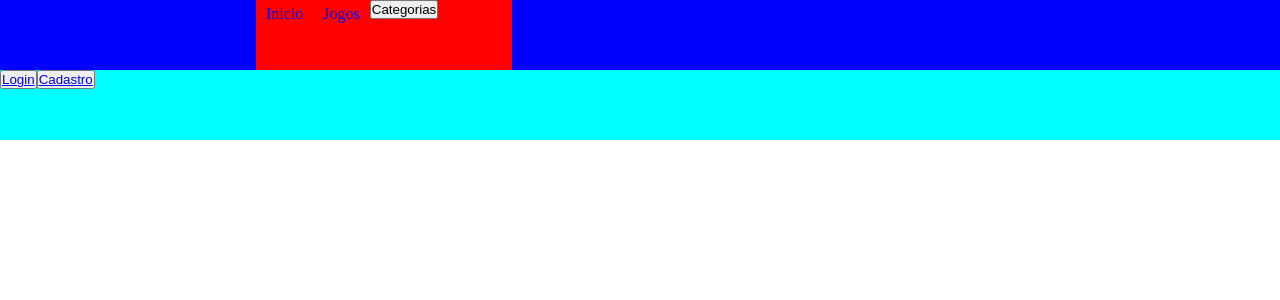
Repository: MarcoantonioCaldeira/Projeto-Go-Gamming
Page: /
These files come from the project's save history. The page is drawn as it stood at one moment and after the next save; the edit follows.
The browser window is 1280 px wide. The pictures show the whole page.
The project was rebuilt for these pictures with package versions that can differ from the ones it lists, and the page was loaded fresh each time. Also part of the build but not shown: src/pages/Inicio/estilo.css, src/pages/rodape/rodape.js, src/pages/Inicio/Inicio.js, src/pages/Jogos/Jogos.js, src/pages/Categorias/Acao.js, src/pages/Categorias/Aventura.js, src/pages/Categorias/Arcades.js, src/pages/Categorias/Familia.js and 7 more.

Above is the page before, as saved 2023-02-05 13:58:42.

After the next save:
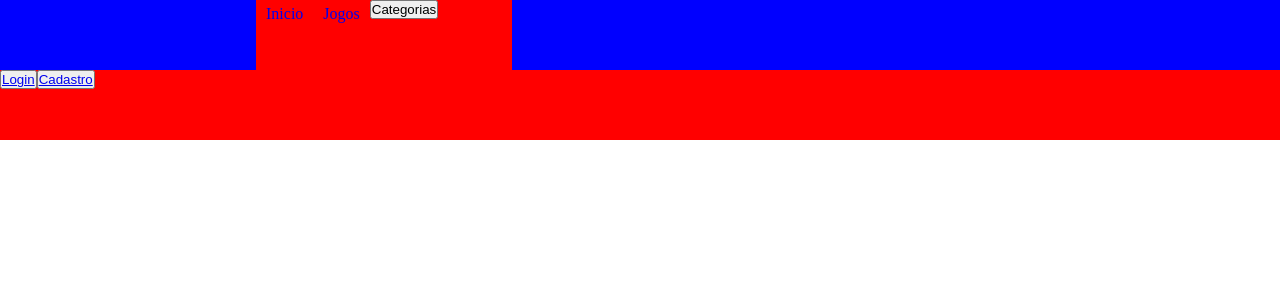
Saved 11 s later.
--- a/src/pages/Menu/estilo.css
+++ b/src/pages/Menu/estilo.css
@@ -82,5 +82,5 @@
   #area_cliente{
     /* width: 30%; */
     height: 70px;
-    background-color: aqua;
+    background-color: red;
   }
